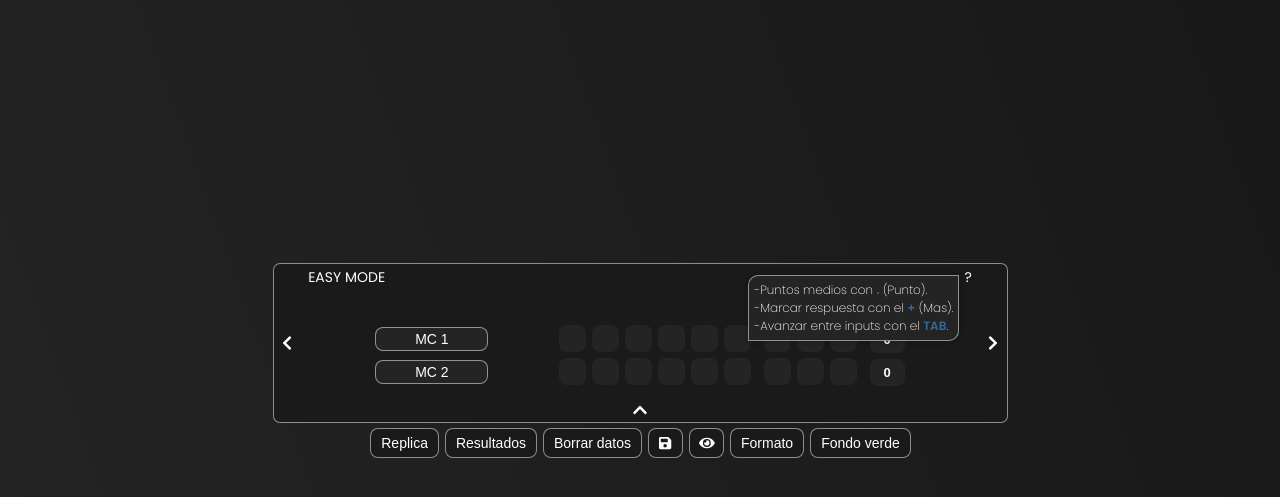
Repository: ezegonzalez912/fmsvotacion2
Page: /vote-window
The author's editor kept a copy of each file at every save. The page is drawn from the files as they stood at one save, then again after the next save.
The browser window is 1280 px wide. The pictures show the whole page.
The page's requests for data from a server got no answer. The project was rebuilt for these pictures with package versions that can differ from the ones it lists, and the page was loaded fresh each time. No one was signed in, and anything a server would have sent is missing. Also part of the build but not shown: src/components/NavBar.js, src/components/screens/AboutScreen.js, src/components/Error.js, src/components/Apoya.js, src/components/screens/MainScreen.js, src/components/screens/PracticeScreen.js, src/components/Votacion/menuVotacion/ReplicaMode.js, src/components/Votacion/menuVotacion/HardModeMenu.js and 16 more.

Above is the page before, as saved 2021-08-14 17:23:46.

### public/index.html
<!DOCTYPE html>
<html lang="en">
  <head>
    <meta charset="utf-8" />
    <link rel="icon" href="%PUBLIC_URL%/favicon.ico" />
    <meta name="viewport" content="width=device-width, initial-scale=1" />
    <meta name="theme-color" content="#000000" />
    <meta
      name="description"
      content="Vota batallas con formato FMS desde un solo lugar, de manera sencilla, sin la necesesidad de descargar nada.
              COMO VOTAR FMS ARGENTINA CHILE PERU MEXICO COLOMBIA INTERNACIONAL ESPAÑA BNET DESCARGAR COMO VOTAR FMS ONLINE WOS FINAL FMS INTERNACIONAL RED BULL DECIMALES
              2021 2018 FORMATO FMS"
    />
    <link rel="apple-touch-icon" href="%PUBLIC_URL%/logo192.png" />
    <!--
      manifest.json provides metadata used when your web app is installed on a
      user's mobile device or desktop. See https://developers.google.com/web/fundamentals/web-app-manifest/
    -->
    <link rel="manifest" href="%PUBLIC_URL%/manifest.json" />
    <link rel="preconnect" href="https://fonts.googleapis.com">
    <link rel="preconnect" href="https://fonts.gstatic.com" crossorigin>
    <link rel="stylesheet" href="https://cdnjs.cloudflare.com/ajax/libs/animate.css/4.1.1/animate.min.css" />
    <link href="https://fonts.googleapis.com/css2?family=Poppins:wght@100;200;300;400;500;600&display=swap" rel="stylesheet">
    <title>FMS Votación</title>
    <script data-ad-client="ca-pub-5177858250142548" async src="https://pagead2.googlesyndication.com/pagead/js/adsbygoogle.js"></script>
  </head>
  <body>
    <noscript>You need to enable JavaScript to run this app.</noscript>
    <div id="root"></div>
    <!--
      This HTML file is a template.
      If you open it directly in the browser, you will see an empty page.

      You can add webfonts, meta tags, or analytics to this file.
      The build step will place the bundled scripts into the <body> tag.

      To begin the development, run `npm start` or `yarn start`.
      To create a production bundle, use `npm run build` or `yarn build`.
    -->
  </body>
</html>

### src/styles/app.scss
@forward "./settings/main";
@forward "./components/menu";
@forward "./components/mode";
@forward  "./components/subtitles-mode";
@forward "./components/modal";
@forward "./components/navbar";
@forward "./components/screens";
@forward "./components/videoAndVote";
@forward "./components/searchVideo";
@forward "./components/error";
@forward "./components/votedSaveds";
@forward "./components/about";
@forward "./components/apoya";
@forward "./settings/settings";

### src/styles/settings/_main.scss
@use "../settings/colors" as c;

body, html{
    background: c.$gradient-primary;
    margin: 0;
    height: auto;
    width: auto;
    box-sizing: border-box;
    font-family: 'Poppins', sans-serif;
}

*{
    margin: 0;
    padding: 0;
    box-sizing: border-box;
}

*::-webkit-scrollbar {
    width: 8px;     /* Tamaño del scroll en vertical */
    height: 8px;    /* Tamaño del scroll en horizontal */
}

*::-webkit-scrollbar-thumb {
    background: rgba(43, 42, 42, 0.267);
    border-radius: 4px;
    box-shadow: 0px 0px 6px rgba(0, 0, 0, 0.315);
}

*::-webkit-scrollbar-track {
    background: c.$dark-primary;
    box-shadow: 0px 0px 6px rgba(0, 0, 0, 0.158);
}

*{
    scroll-behavior: smooth;
}

@media (max-width:280px){
    body, html{
        background: c.$dark-primary;
    }
}

### src/styles/settings/_colors.scss
$primary: #346899;
$secundary: #244463;
$dark-primary: #1a1a1b;
$dark-secundary: #242425;
$border: rgba(255, 255, 255, 0.5);
$gradient-primary: linear-gradient(250.3deg, rgb(24, 24, 24), #242425);

### src/styles/components/_menu.scss
@use "../settings/colors" as c;
@use "../settings/mixins" as m;

.menu__main{
    @include m.center(column);
    height: auto;
    min-height: 160px;
    color: white;
    z-index: 800;
    p{
        font-size: 12px;
    }
}

.menu__container{
    @include m.center(row);
    background: c.$dark-primary;
    border-radius: 7px;
    height: 160px;
    width: 735px;
    overflow: hidden;
    justify-content: space-between;
    border: 1px solid c.$border;
    z-index: 500;
}

.menu__mode{
    @include m.center(column);
    box-sizing: border-box;
    padding: 4px 7px;
    height: 100%;
    width: 100%;
    justify-content: space-between;
    box-sizing: border-box;
}

.menu__title{
    @include m.center(row);
    width: 100%;
    justify-content: space-between;
    height: 20px;
    p{
        font-size: 14px;
        font-weight: 400;
        margin: 0;
    }
    svg{
        font-size: 14px;
        cursor: pointer;
        &:hover{
            color:c.$primary;
        }
    }
}

.menu__vote{
    @include m.center(column);
    justify-content: center;
    gap: 5px;
    width: 100%;
    height: 100%;
}

.menu__sangre{
    padding: 0 0;
}

.menu__move{
    height: 100%;
    width: 30px;
    display: flex;
    justify-content: center;
    align-items: center;
    cursor: pointer;
    &:hover{
        background: c.$dark-secundary;
    }
}

.menu__show{
    @include m.center(column);
    height: 20px;
    width: 10%;
    text-align: center;
    cursor: pointer;
    transition: .2s;
    border-radius: 7px;
    &:hover{
        background: c.$dark-secundary;
    }
}

.menu__buttons{
    margin-top: 5px;
    z-index: 100;
    width: 735px;
    height: 30px;
    @include m.center(row);
    button{
        @include m.inputNormal;
        @include m.center(row);
        background: c.$dark-primary;
        color: white;
        border: 1px solid c.$border;
        margin: 0px 3px;
        height: 30px;
        padding: 0 10px;
        width: auto;
        &:hover{
            background: c.$dark-secundary;
        }
    }
    .menu__button-short{
        width: 35px;
    }
}

.menu__mode-resposive{
    opacity: 0;
}

.menu__title-icons{
    @include m.center(row);
    flex-direction: row-reverse;
}

.menu__title-icon-question{
    cursor: pointer;
    &:hover{
        color: c.$primary;
    }
}

.menu__title-icon-window{
    margin-left: 10px;
}

.menu__title-question{
    display: flex;
    padding: 5px;
    position: relative;
    top: 30px;
    margin-right: 5px;
    background: c.$dark-secundary;
    border: 1px solid c.$border;
    border-radius: 10px 0;
    box-shadow: 0px 0px 6px rgba(0, 0, 0, 0.315);
    p{
        font-size: 12px;
        font-weight: 200;
        color: white;
    }
}

.menu__title-icon-question:hover ~ .menu__title-question{
    display: flex;
    top: 40px;
}

@media (max-width: 739px){
    .menu__title{
        justify-content: center;
        svg{
            display: none;
        }
    }
    .menu__container{
        height: 145px;
    }
    .menu__buttons{

        width: 100%;
        button{
            width: 100%;
        }
    }
    .menu__show{
        display: none;
    }
    .menu__vote{
        justify-content: center;
        gap: 5px;
    }
}

### src/styles/settings/_mixins.scss
@use "../settings/colors" as c;

@mixin center($direction) {
    align-items: center;
    display: flex;
    flex-direction: $direction;
    justify-content: center;
}

@mixin input {
    border-style: none;
    outline: none;
    color: white;
    border-radius: 8px;
    font-size: 18px;
    font-weight: 600;
    text-align: center;
    width: 27px;
    height: 27px;
}

@mixin inputNormal {
    border-style: none;
    outline: none;
    cursor: pointer;
    border-radius: 8px;
    font-size: 14px;
    transition: .2s;
}

### src/styles/components/_mode.scss
@use "../settings/colors" as c;
@use "../settings/mixins" as m;

.mode__main{
    display: flex;
    justify-content: space-evenly;
    align-items: center;
    width: 100%;
    height: auto;
    box-sizing: border-box;
    p{
        width: 12%;
        margin: 0;
    }
}

.mode__name{
    @include m.inputNormal;
    cursor: text;
    padding: 3px 0;
    text-align: center;
    background-color: c.$dark-secundary;
    border: 1px solid c.$border;
    color: white;
    width: 17%;
    margin: 0;
    &:focus{
        border: 1px solid c.$primary;
    }
}

.mode__input{
    @include m.input;
    margin: 0 3px;
    background-color: c.$dark-secundary;
}

.mode__input2{
    @include m.input;
    margin: 0 3px 0 10px;
    background-color: c.$dark-secundary;
}

.mode__inputRes{
    @include m.center(column);
}

.mode__checkbox{
    height: 15px;
    margin: 3px 0 0 0;
    color: red;
}

.mode__total{
    @include m.input;
    background-color: c.$dark-secundary;
    color: white;
    margin-left: 10px;
    font-size: 13px;
    width: 35px;
}

.mode__res{
    @include m.center(row)
}

.mode__resultado{
    @include m.center(row);
    justify-content: space-evenly;
    width: 100%;
    p{
        margin: 0 0 5px 0;
    }
    div {
        @include m.center(column);
    }
}

.mode__resultado-subtitle{
    margin: 0;
    color: c.$primary;
    font-weight: 600;
    letter-spacing: .45px;
}

### src/styles/components/_subtitles-mode.scss
@mixin default($padding) {
    display:flex;
    justify-content: flex-end;
    width: 100%;
    text-align: right;
    padding-right: $padding;
    p{
        font-size: 10px;
        font-weight: 300;
        margin-top: 0;
        margin-bottom: 0;
    }
}

.subtitle_4{
    margin-left: 7px;
}
.subtitle_3{
    margin-left: 5px;
}
.subtitle_2{
    margin-left: 4px;
}

.menu__easy-subtitle{
    @include default(72px);
}

.menu__hard-subtitle{
    @include default(83px);
}

.menu__tematica-subtitle{
    @include default(104px);
}

.menu__random-subtitle{
    @include default(60px);
}

.menu__sangre-subtitle{
    @include default(82px);
}

.menu__deluxe-subtitle{
    @include default(22px);
}

### src/styles/components/_modal.scss
@use "../settings/colors" as c;
@use "../settings/mixins" as m;

.modal__main{
    display: none;
    top: 0;
    left: 0;
    position: fixed;
    height: 100%;
    width: 100%;
    background-color: rgba(43, 43, 43, 0.616);
    z-index: 999;
    text-align: center
}

.modal__main-open{
    @include m.center(column);
}

.modal__container{
    @include m.center(column);
    background-color: c.$dark-primary;
    border: 1px solid c.$border;
    border-radius: 8px;
    color: white;
    padding: 20px;
    width: 300px;
    p{
        margin: 0 10px 20px 10px;
    }
    label{
        font-size: 13px;
        display: flex;
        width: 100%;
        padding-left: 10px;
    }
}

@mixin button{
    @include m.inputNormal;
    padding: 8px;
    color: white;
    border: 1px solid c.$border;
    margin: 0 5px;
    background-color: c.$dark-secundary;
}

.modal__button{
    @include button;
    &:hover{
        background-color: c.$primary;
    }
}

.modal__input{
    @include m.inputNormal;
    border: 1px solid c.$border;
    background-color: c.$dark-primary;
    padding: 10px;
    color: white;
    width: 100%;
    margin-bottom: 10px;
    box-sizing: border-box;
    cursor: text;
    &:focus{
        border: 1px solid c.$primary;
    }
}

@media (max-width:300px){
    .modal__container{
        width: 95%;
    }
}

### src/styles/components/_navbar.scss
@use "../settings/colors" as c;
@use "../settings/mixins" as m;

.navBar__cotainer{
    @include m.center(row);
    position: absolute;
    top: 0;
    justify-content: space-between;
    box-sizing: border-box;
    padding: 10px 30px;
    height: 70px;
    width: 100%;
    min-width: 280px;
    box-sizing: border-box;
    z-index: 800;
    a{
        height: 100%;
        z-index: 900;
        img{
            z-index: 900;
            height: 100%;
        }
    }
    .navBar__text{
        a{
            font-size: 20px;
            text-decoration: none;
            color: white;
            padding: 5px 30px;
            transition: .2s;
            &:hover{
                color: c.$primary;
            }
        }
    }
}

.navBar__menu{
    display: none;
    justify-content: center;
    align-items: center;
    z-index: 500;
    height: 50px;
    width: 50px;
    border-radius: 50px;
    transition: .2s;
    &:hover{
      background: c.$primary;
    }
    svg{
        font-size: 35px;
        color: white;
        cursor: pointer;
    }
}

.navBar__menu-list{
    display: none;
    z-index: 400;
    background: c.$dark-secundary;
    box-shadow: 0px 0px 6px rgba(0, 0, 0, 0.315);
    position: absolute;
    top: 0;
    right: 0;
    flex-direction: column;
    box-sizing: border-box;
    width: 100%;
    justify-content: flex-start;
    align-items: center;
    padding-top: 70px;
    a{
        width: 100%;
        text-align: center;
        text-decoration: none;
        color: white;
        padding: 15px 0;
        border-bottom: 1px solid c.$dark-primary;
        transition: .2s;
        &:hover{
            background: c.$dark-primary;
        }
    }
}

@media (max-width:900px){
    .navBar__menu{
        display: flex;
    }
    .navBar__menu-list{
        display: flex;
    }
    .navBar__text{
        display: none;
    }
    .navBar__cotainer{
        padding: 10px 20px;
    }
}
@media (max-width:700px){
    .navBar__cotainer{
        padding: 10px 15px;
    }
}
@media (max-width:600px){
    .navBar__cotainer{
        padding: 10px 10px;
    }
}
@media (max-width:500px){
    .navBar__cotainer{
        padding: 10px 5px;
    }
}

### src/styles/components/_screens.scss
@use "../settings/colors" as c;
@use "../settings/mixins" as m;

.screen__main{
    box-sizing: border-box;
    min-height: 600px;
    min-width: 280px;
    height: 100vh;
    width: 100%;
}

.screen__vote{
    margin-top: 70px;
    width: 100%;
    display: flex;
    justify-content:center;
    align-items: center;
    height: 100vh;
    min-height: 400px;
    min-width: 280px;
}

.vote-window__screen{
    @include m.center(column);
    height: 100vh;
    width: 100%;
}

.about__screen{
    position: relative;
    width: 100%;
    min-height: 100vh;
    height: auto;
    min-width: 280px;
}

.vote-saved__screen{
    min-width: 280px;
    height: auto;
    width: 100%;
    padding-top: 100px;
    padding-bottom: 130px;
    box-sizing: border-box;
    min-height: 100vh;
    @include m.center(column);
    justify-content: flex-start;
    gap: 50px;
    position: relative;
}

### src/styles/components/_videoAndVote.scss
@use "../settings/colors" as c;
@use "../settings/mixins" as m;

.videoAndVote__main{
    width: 100%;
    height: 100vh;
    display: flex;
    flex-direction: column;
    justify-content: center;
    align-items: center;
    gap: 5px;
    padding: 5px;
}

.video-player{
    width: 100%;
    height: 100%;
    iframe{
        border-radius: 8px;
    }
}

@media (max-width: 738px){
    .videoAndVote__main{
        padding: 0;
    }
    .video-player{
        iframe{
            border-radius: 0;
        }
    }
    .vote-app__scroll{
        box-sizing: border-box;
        width: 100%;
        overflow-x: scroll;
        overflow-y: hidden;
        min-height: 195px;
        display: flex;
        align-items: flex-start;
        padding: 0 5px;
    }
}

### src/styles/components/_searchVideo.scss
@use "../settings/colors" as c;
@use "../settings/mixins" as m;

.searchVideo__main{
    position: relative;
    @include m.center(column);
    height: 100%;
}

.searchVideo__title{
    @include m.center(column);
    color: white;
    p{
        color: c.$primary;
        font-size: 20px;
        letter-spacing: 0.45em;
    }
    h2{
        letter-spacing: 0.010em;
        font-size: 40px;
        font-weight: 600;
        text-align: center;
        line-height: 110%;
        margin-bottom: 10px;
    }
}

.searchVideo__form{
    display: none;
    border-radius: 20px;
    z-index: 200;
    @include m.center(row);
    box-shadow: 0px 0px 6px rgba(0, 0, 0, 0.315);
    input{
        @include m.inputNormal;
        border-radius: 20px 0 0 20px;
        width: 450px;
        padding: 0 10px;
        height: 40px;
        color: c.$dark-secundary;
        cursor: text;
        background: c.$primary;
        &::placeholder{
            letter-spacing: 0.6px;
            color: c.$dark-secundary;
            font-size: 15px;
        }
    }
    button{
        @include m.inputNormal;
        @include m.center(row);
        background: c.$primary;
        border-left: 1px solid c.$dark-secundary;
        border-radius: 0 20px 20px 0;
        padding: 0 15px;
        height: 40px;
        color: c.$dark-secundary;
        &:hover{
            background: c.$secundary;
        }
    }
}

.searchVideo____ventana{
    @include m.center(row);
    cursor: pointer;
    color: c.$secundary;
    transition: .2s;
    p{
        margin-top: 5px;
        text-decoration: underline;
        font-size: 13px;
    }
    svg{
        font-size: 8px;
        margin-left: 2px;
    }
    &:hover{
        color: c.$primary;
    }
}

.curve{
    position: absolute;
    bottom: 0;
    z-index: 100;
    width: 100%;
    svg{
        path{
            fill: c.$primary;
        }
    }
}

@media (max-width:800px){
    .searchVideo__title{
        h2{
            font-size: 32px;
            line-height: 45px;
        }
        p{
            font-size: 17px;
        }
    }
    .searchVideo____ventana{
        display: none;
    }
}

@media (max-width:600px){
    .searchVideo__main{
        padding:0 30px;
    }
    .searchVideo__form{
        width: 100%;
        input{
            width: 100%;
        }
    }
}

@media (max-width:500px){
    .searchVideo__title{
        h2{
            font-size: 25px;
            line-height: 120%;
            margin-bottom: 5px;
        }
        p{
            font-size: 15px;
        }
    }
}
@media (max-width:400px){
    .searchVideo__title{
        h2{
            font-size: 20px;
            margin-bottom: 5px;
        }
        p{
            font-size: 13px;
        }
    }
    .searchVideo__main{
        padding: 0 15px;
    }
}
@media (max-width:300px){
    .searchVideo__main{
        padding:0 5px;
    }
    .searchVideo__title{
        h2{
            font-size: 17px;
            margin: 3px 0 15px 0;
        }
        p{
            font-size: 11px;
        }
    }
}

### src/styles/components/_error.scss
@use "../settings/colors" as c;
@use "../settings/mixins" as m;

.searchVideo__ventana{
    @include m.center(row);
    width: 100%;
}

.error__container{
    z-index: 900;
    @include m.center(row);
    position: absolute;
    width: 390px;
    padding: 5px 10px 10px 10px;
    top: 5vh;
    background: white;
    border-radius: 20px;
    box-shadow: 3px 3px 6px rgba(0, 0, 0, 0.315);
    svg{
        color: rgb(214, 97, 76);
        font-size: 60px;
        margin-right: 10px;
    }
    h2{
        color: c.$primary;
        font-size: 20px;
    }
    p{
        font-size: 14px;
    }
}

@media (max-width:800px){
    .error__container{
        width: 340px;
        padding: 5px 8px 8px 8px;
        svg{
            font-size: 60px;
            margin-right: 10px;
        }
        h2{
            font-size: 16px;
        }
        p{
            font-size: 12px;
        }
    }
}

@media (max-width:390px){
    .error__container{
        width: 90%;
        svg{
            font-size: 50px;
            margin-right: 5px;
        }
        h2{
            font-size: 14px;
        }
        p{
            font-size: 11.5px;
        }
    }
}

### src/styles/components/_about.scss
@use "../settings/colors" as c;
@use "../settings/mixins" as m;

.about__main{
    @include m.center(column);
    align-items: flex-start;
    width: 100%;
    height: 100%;
    padding: 100px;
    padding-bottom: 150px;
    box-sizing: border-box;
    h1{
        color: white;
    }
}

.about__title{
    margin-bottom: 10px;
    h2{
        letter-spacing: 0.010em;
        font-size: 40px;
        font-weight: 600;
        text-align: center;
        line-height: 90%;
        color: white;
    }
    p{
        color: c.$primary;
        font-size: 20px;
        letter-spacing: 0.45em;
        font-weight: 500;
    }
}

.about__info{
    color: white;
    margin-bottom: 20px;
    max-width: 800px;
    h1{
        font-size: 18px;
        font-weight: 500;
    }
    p{
        font-size: 14px;
        font-weight: 300;
        a{
            color: c.$primary;
            &hover{
                color: c.$secundary;
            }
        }
    }
}

@media (max-width:700px){
    .about__main{
        padding-right: 40px;
        padding-left: 40px;
    }
    .about__title{
        h2{
            font-size: 30px;
        }
        p{
            font-size: 17px;
        }
    }
    .about__info{
        h1{
            font-size: 15px;
        }
        p{
            font-size: 13px;
        }
    }
}

@media (max-width:500px){
    .about__main{
        padding-right: 15px;
        padding-left: 15px;
    }
    .about__title{
        h2{
            font-size: 28px;
        }
        p{
            font-size: 15px;
        }
    }
    .about__info{
        h1{
            font-size: 13px;
        }
        p{
            font-size: 11px;
        }
    }
}
@media (max-width:400px){
    .about__main{
        padding-right: 10px;
        padding-left: 10px;
    }
    .about__title{
        h2{
            font-size: 24px;
        }
    }
}

### src/styles/components/_apoya.scss
@use "../settings/colors" as c;
@use "../settings/mixins" as m;

.apoya__main{
    position: absolute;
    background-color: c.$dark-secundary;
    border: 1px solid c.$border;
    border-radius: 8px;
    width: 285px;
    padding: 5px;
    bottom: 10px;
    right: 10px;
    box-shadow: 1px 1px 6px rgba(0, 0, 0, 0.315);
    h1{
        font-size: 14px;
        font-weight: 500;
        color: c.$primary;
    }
    p{
        font-size: 13px;
        padding-right: 10px;
        font-weight: 300;
        color: c.$dark-primary;
        color: white;
        span{
            color: c.$primary;
            text-decoration: underline;
            cursor: pointer;
            &:hover{
                color: c.$secundary;
            }
        }
    }
    z-index: 900;
}

.apoya__title{
    @include m.center(row);
    justify-content: space-between;
    svg{
        cursor: pointer;
        color: white;
        font-size: 15px;
    }
}

### src/styles/settings/_settings.scss
@use "../settings/colors" as c;

.opacity-0{
    opacity: 0;
}

.dsp-none{
    display: none;
}

.pd-0{
    padding: 0;
}

.cursor-p{
    cursor: pointer;
}

.color-primary{
    color: c.$primary;
}

.f-w800{
    font-weight: 800;
}

.title-ppl{
    letter-spacing: 0.010em;
    font-size: 40px;
    font-weight: 600;
    text-align: center;
    line-height: 90%;
    color: white;
}

.title-scy{
    color: c.$primary;
    font-size: 20px;
    letter-spacing: 0.45em;
    font-weight: 500;
}

@media (max-width:800px){
    .title-ppl{
        font-size: 30px
    }
    .title-scy{
        font-size: 15px;
    }
}

Loaded but not shown: src/components/Votacion/menuVotacion/MenuVotacion.js (97 lines, source omitted); src/components/Contexts/DataContext.js (91 lines, source omitted); src/hooks/useMode.js (63 lines, source omitted); src/hooks/useVote.js (60 lines, source omitted); src/components/Votacion/menuVotacion/DefaultMode.js (24 lines, source omitted); src/components/Modal/ModalSave.js (44 lines, source omitted); src/components/Votacion/menuVotacion/ModeVotacion.js (32 lines, source omitted); src/hooks/useTotal.js (24 lines, source omitted); src/routers/AppRouter.js (33 lines, source omitted); src/components/Modal/ModalFormato.js (42 lines, source omitted); src/components/Votacion/menuVotacion/EasyModeMenu.js (29 lines, source omitted); src/components/Contexts/TotalContext.js (36 lines, source omitted); src/hooks/useSave.js (28 lines, source omitted); src/index.js (24 lines, source omitted); src/helpers/resultadoText.js (22 lines, source omitted); src/hooks/useLocalStorage.js (26 lines, source omitted); src/components/VotacionApp.js (20 lines, source omitted); src/helpers/totalData.js (9 lines, source omitted); src/helpers/valueCheck.js (15 lines, source omitted); src/components/Modal/ModalDefault.js (23 lines, source omitted); src/components/Contexts/FormatoContext.js (28 lines, source omitted); src/components/Contexts/CompContext.js (27 lines, source omitted); src/components/screens/VoteVentana.js (17 lines, source omitted); src/components/Contexts/StartContext.js (22 lines, source omitted); src/helpers/dataCorrect.js (27 lines, source omitted); src/hooks/useReplica.js (17 lines, source omitted); src/hooks/useForm.js (15 lines, source omitted); src/components/Modal/Modal.js (10 lines, source omitted); src/helpers/date.js (8 lines, source omitted); src/hooks/useModal.js (9 lines, source omitted); src/helpers/valueCheck2.js (7 lines, source omitted); src/App.js (8 lines, source omitted); src/styles/components/_votedSaveds.scss (245 lines, source omitted)

After the next save:
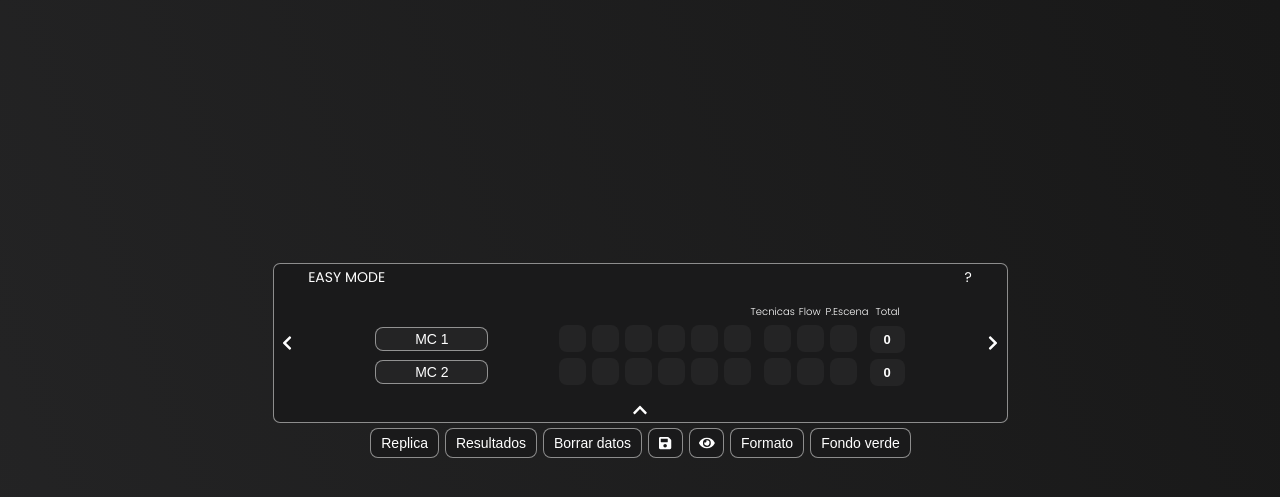
Saved 11 s later.
--- a/src/styles/components/_menu.scss
+++ b/src/styles/components/_menu.scss
@@ -136,7 +136,7 @@
 }
 
 .menu__title-question{
-    display: flex;
+    display: none;
     padding: 5px;
     position: relative;
     top: 30px;
@@ -154,7 +154,6 @@
 
 .menu__title-icon-question:hover ~ .menu__title-question{
     display: flex;
-    top: 40px;
 }
 
 @media (max-width: 739px){
